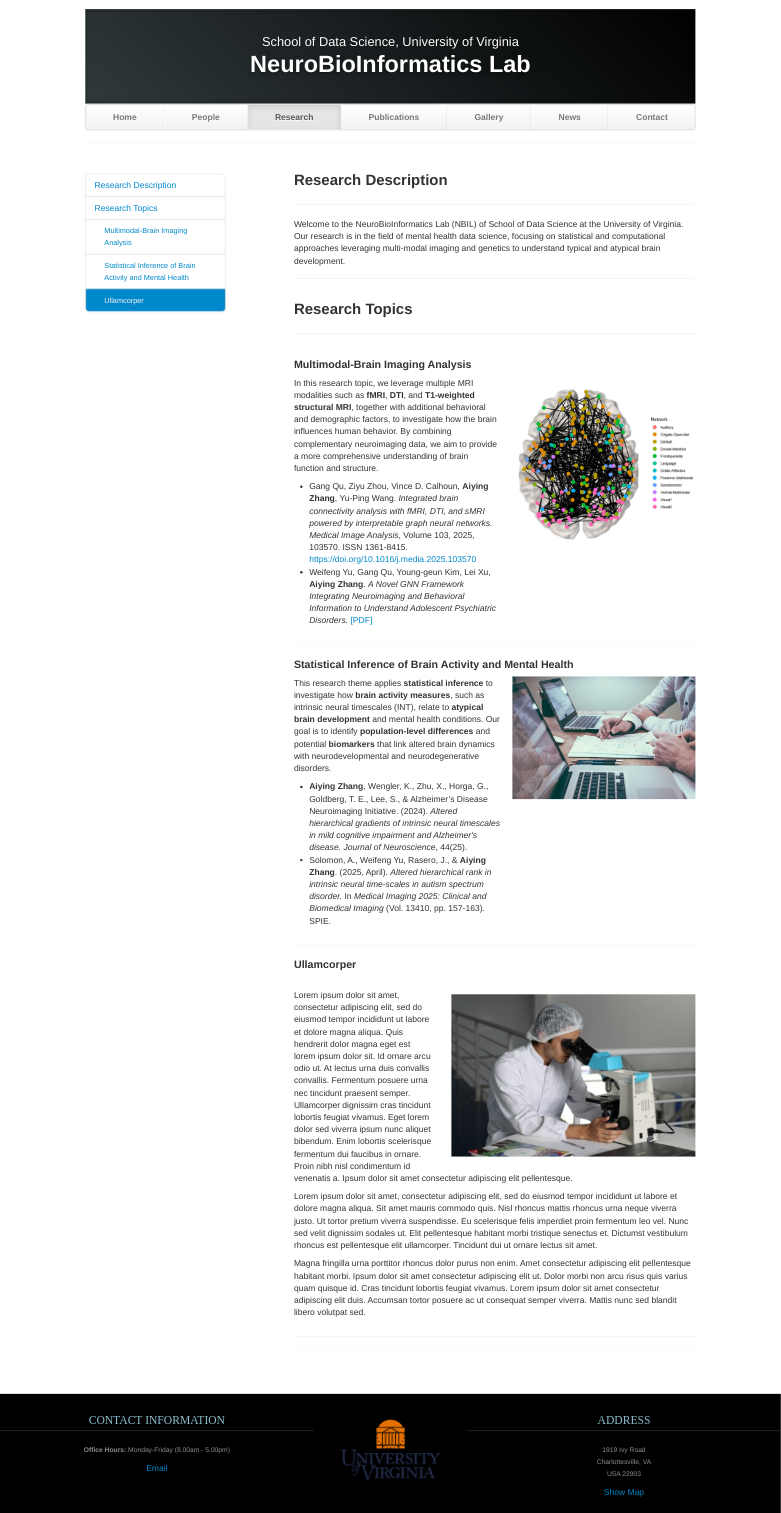
Repository: nbillab/nbillab.io
Page: research.html
The author's editor kept a copy of each file at every save. The page is drawn from the files as they stood at one save, then again after the next save.
The browser window is 1280 px wide. The pictures show the whole page, at 61% of full size.

Above is the page before, as saved 2025-08-17 20:30:26.

After the next save:
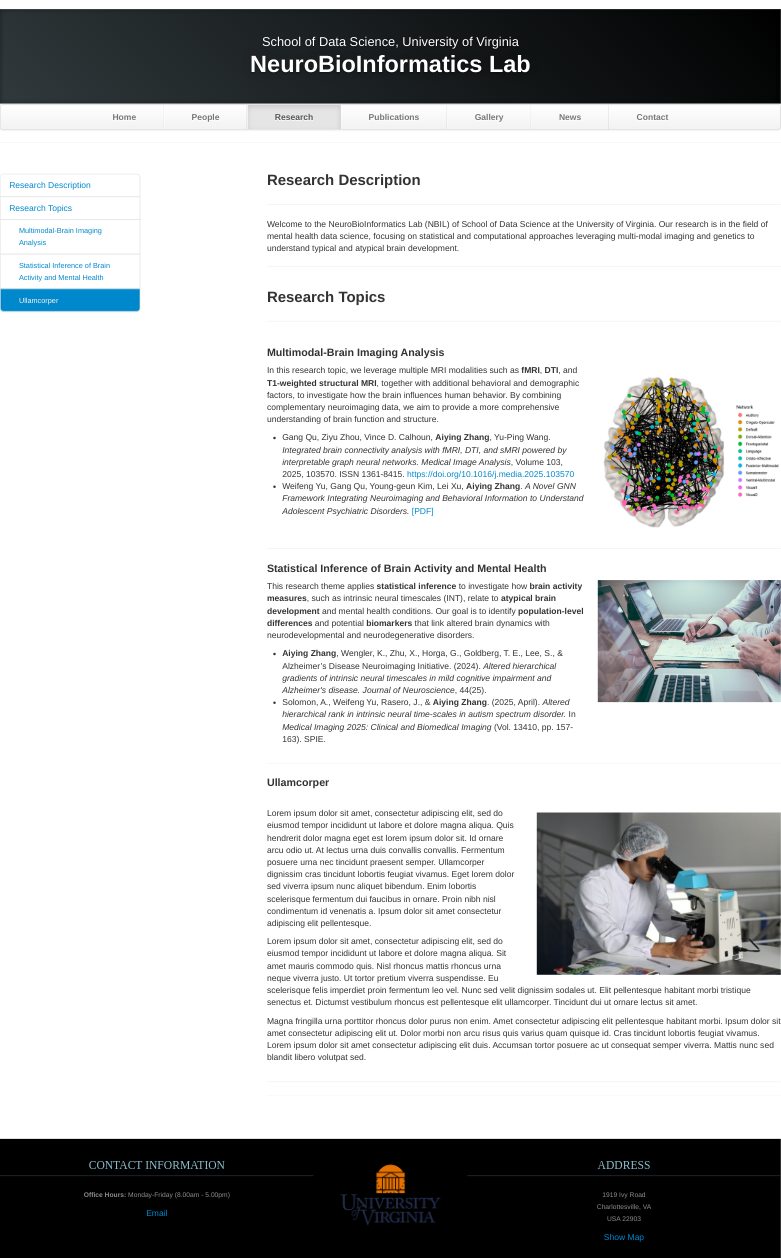
Saved 2 min 49 s later.
--- a/research.html
+++ b/research.html
@@ -12,11 +12,12 @@
       <link href="css/theme.css" rel="stylesheet">
    </head>
    <body>
-      <div class="container">
-         <header class="jumbotron subhead" id="overview">
+      <header class="jumbotron subhead" id="overview">
+         <div class="container">
             <p class="lead"> School of Data Science, University of Virginia </p>
             <h1>NeuroBioInformatics Lab</h1>
-         </header>
+         </div>
+      </header>
          <div class="masthead">
             <div class="navbar">
                <div class="navbar-inner">

After the save that followed:
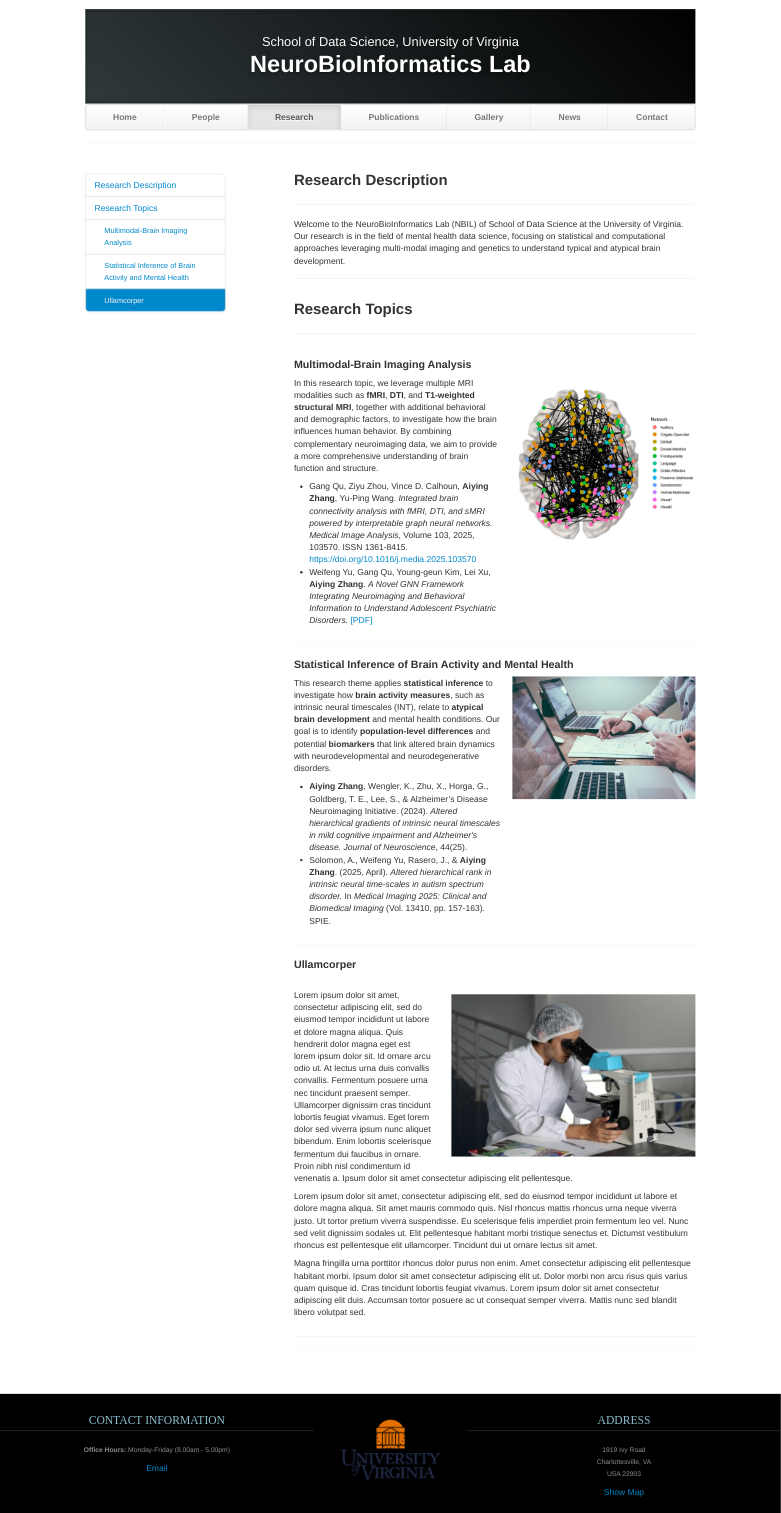
Saved 33 s later.
--- a/research.html
+++ b/research.html
@@ -12,12 +12,11 @@
       <link href="css/theme.css" rel="stylesheet">
    </head>
    <body>
-      <header class="jumbotron subhead" id="overview">
-         <div class="container">
+      <div class="container">
+         <header class="jumbotron subhead" id="overview">
             <p class="lead"> School of Data Science, University of Virginia </p>
             <h1>NeuroBioInformatics Lab</h1>
-         </div>
-      </header>
+         </header>
          <div class="masthead">
             <div class="navbar">
                <div class="navbar-inner">
